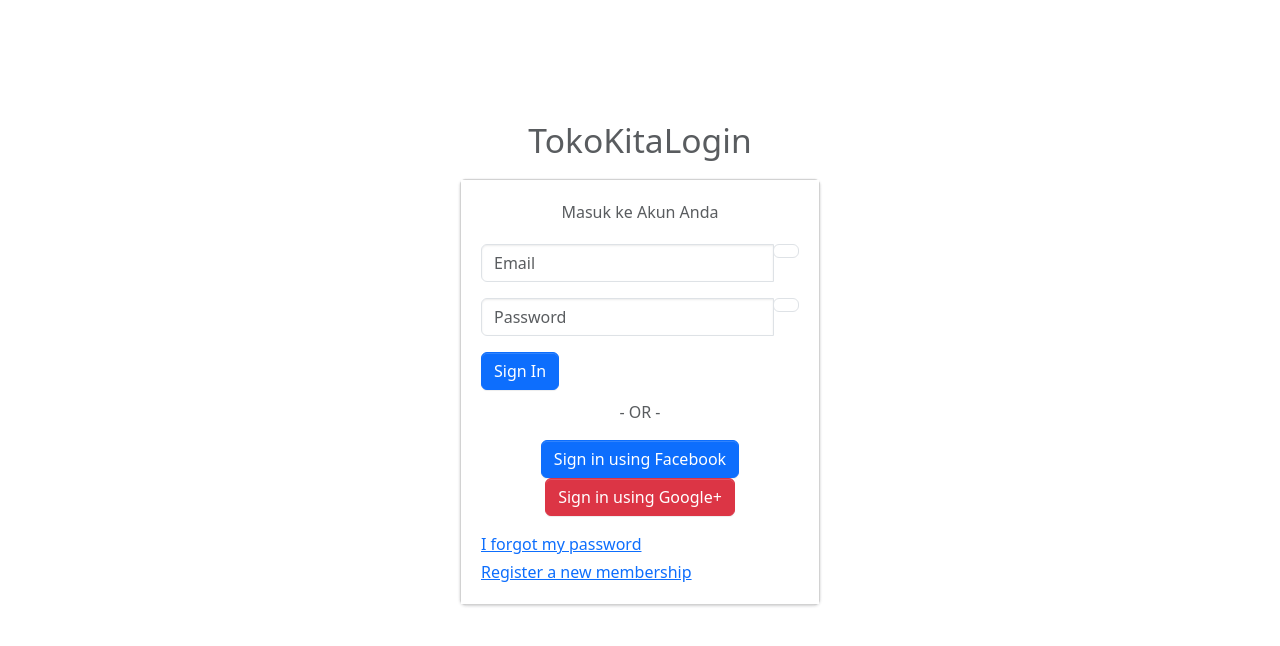
Repository: mufti-1448/Kasir-Toko-Kita-Web
Page: http://localhost/
These files come from the project's save history. The page is drawn as it stood at one moment and after the next save; the edit follows.
The browser window is 1280 px wide. The pictures show the whole page.
Some web fonts or font styles are not loaded; a fallback is used. The page is served by the project's Laravel application, run on PHP 8.4 with Laravel 12. Style sheets and scripts are compiled from the project's sources, by tool versions that may differ from the author's.

Above is the page before, as saved 2026-02-03 10:13:04.
Console error: TypeError: Cannot read properties of undefined (reading 'fn')

After the next save:
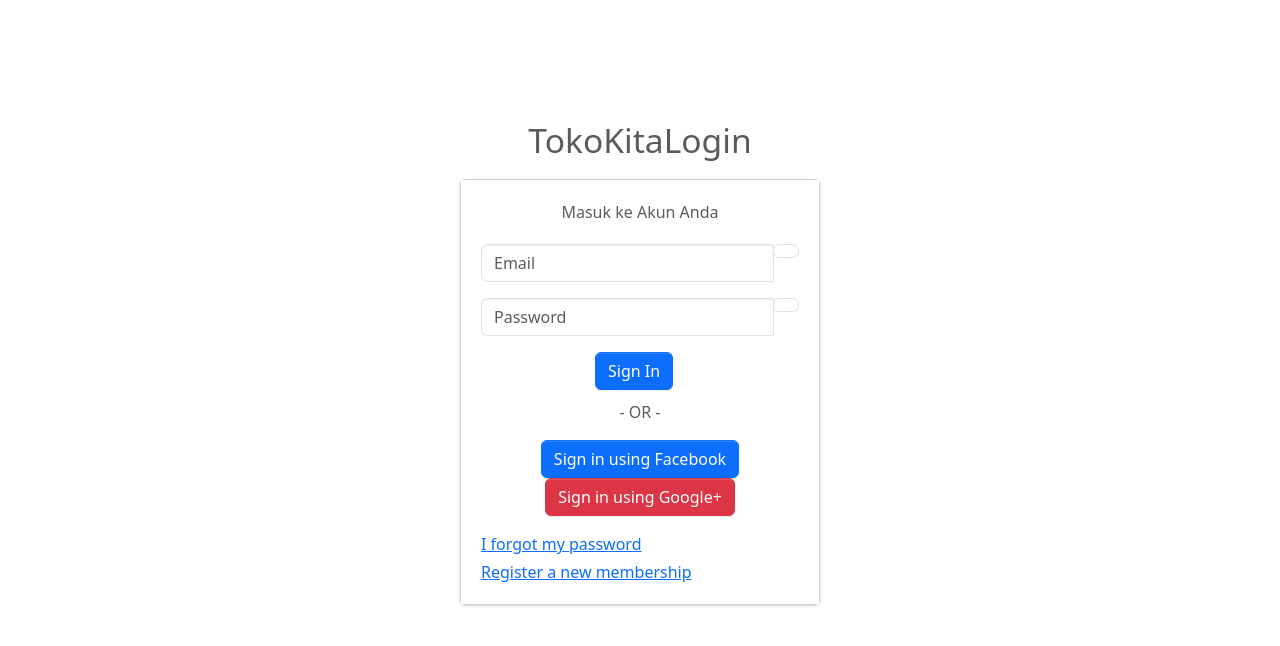
Saved 9 s later.
--- a/resources/views/login/login.blade.php
+++ b/resources/views/login/login.blade.php
@@ -47,7 +47,7 @@
                             </div>
                         </div>
                     </div>
-                    <div class="row justi">
+                    <div class="row justify-content-center">
                         <!-- /.col -->
                         <div class="col-4">
                             <button type="submit" class="btn btn-primary btn-block">Sign In</button>
